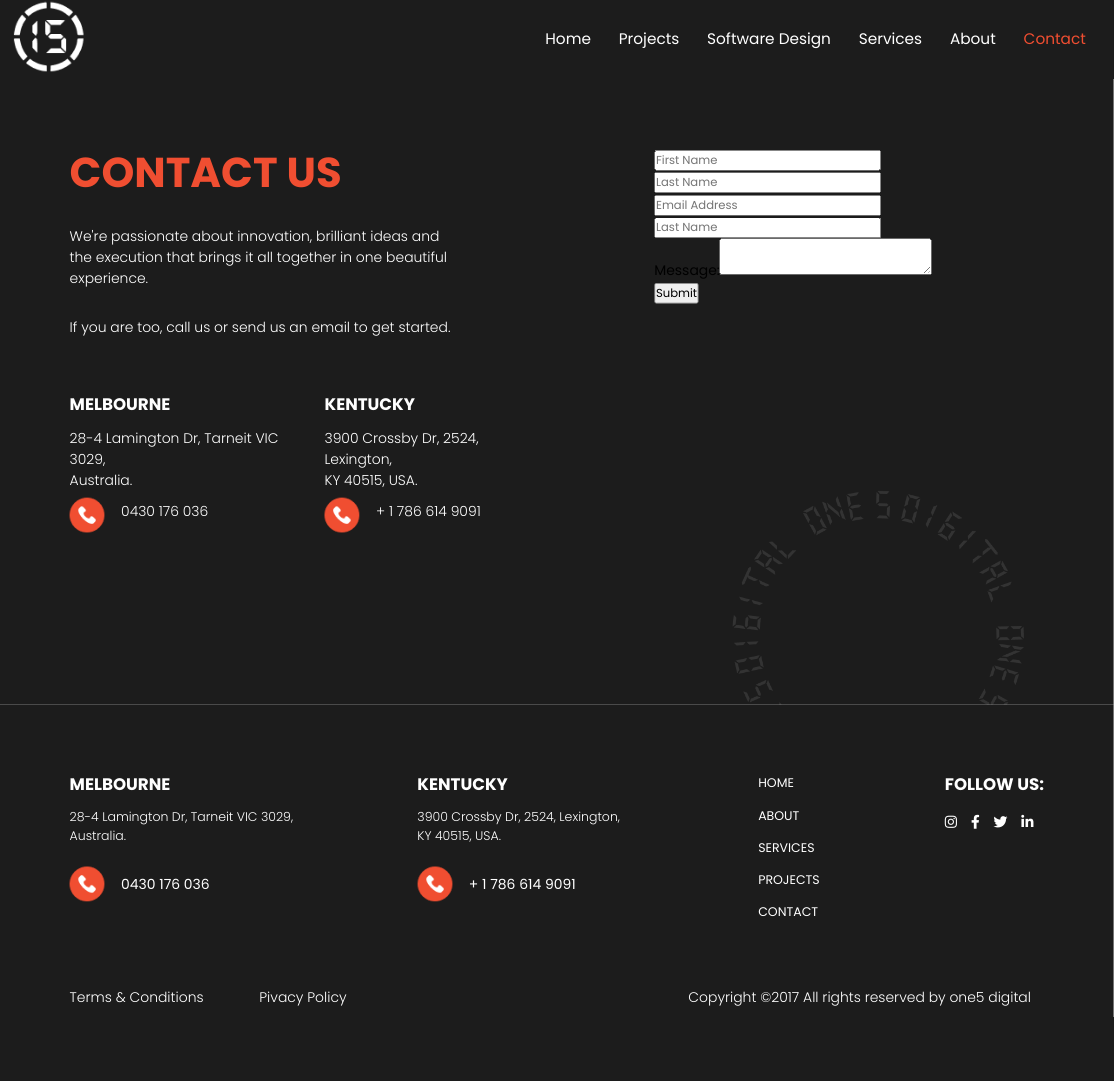
Repository: gopalpurohit54/one5
Page: /Contact
An editor plug-in stored every save of this project. The page is shown before and after the next save, followed by the edit.
The browser window is 1280 px wide. The pictures show the whole page, at 87% of full size.
The project was rebuilt for these pictures with package versions that can differ from the ones it lists, and the page was loaded fresh each time. Also part of the build but not shown: src/components/Button.js, src/components/HeroSection.css, src/components/HeroSection.js, src/components/OurProjects.css, src/components/OurProjects.js, src/components/OurServices.js, src/components/AboutUs.css, src/components/AboutUs.js and 30 more.

Above is the page before, as saved 2021-06-22 15:44:16.

After the next save:
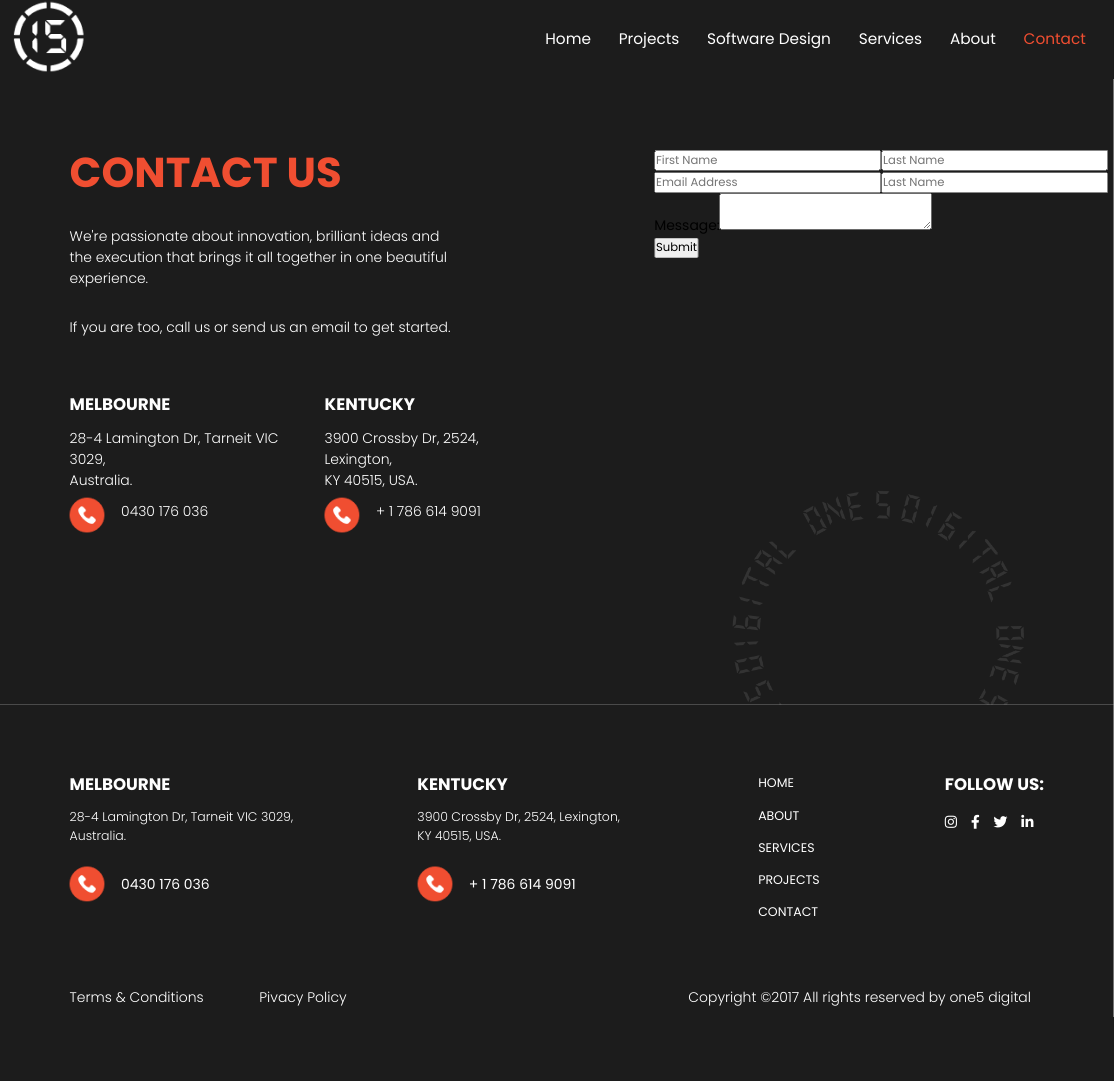
Saved 44 s later.
--- a/src/components/ContactPage.css
+++ b/src/components/ContactPage.css
@@ -45,3 +45,11 @@
     display: flex;
     margin-top: 4rem;
 }
+
+.con-name {
+    display: flex;
+}
+
+.con-email {
+    display: flex;
+}
